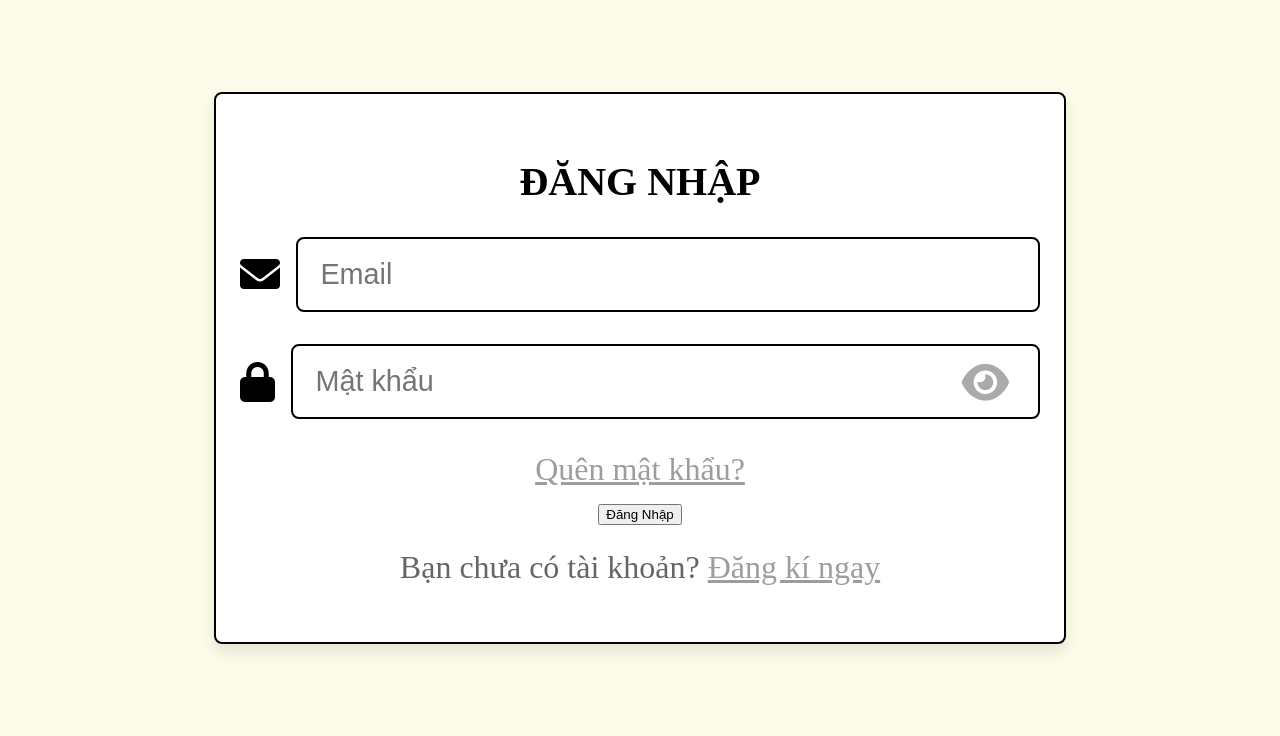
Repository: Dien973/expense_manager
Page: http://localhost/expense_manager/account/login.php
The author's editor kept a copy of each file at every save. The page is drawn from the files as they stood at one save, then again after the next save.
The browser window is 1280 px wide. The pictures show the whole page.
The page is run by PHP 8.4 with error messages shown; the project is at /var/www/html/.

Above is the page before, as saved 2025-12-05 17:45:55.

After the next save:
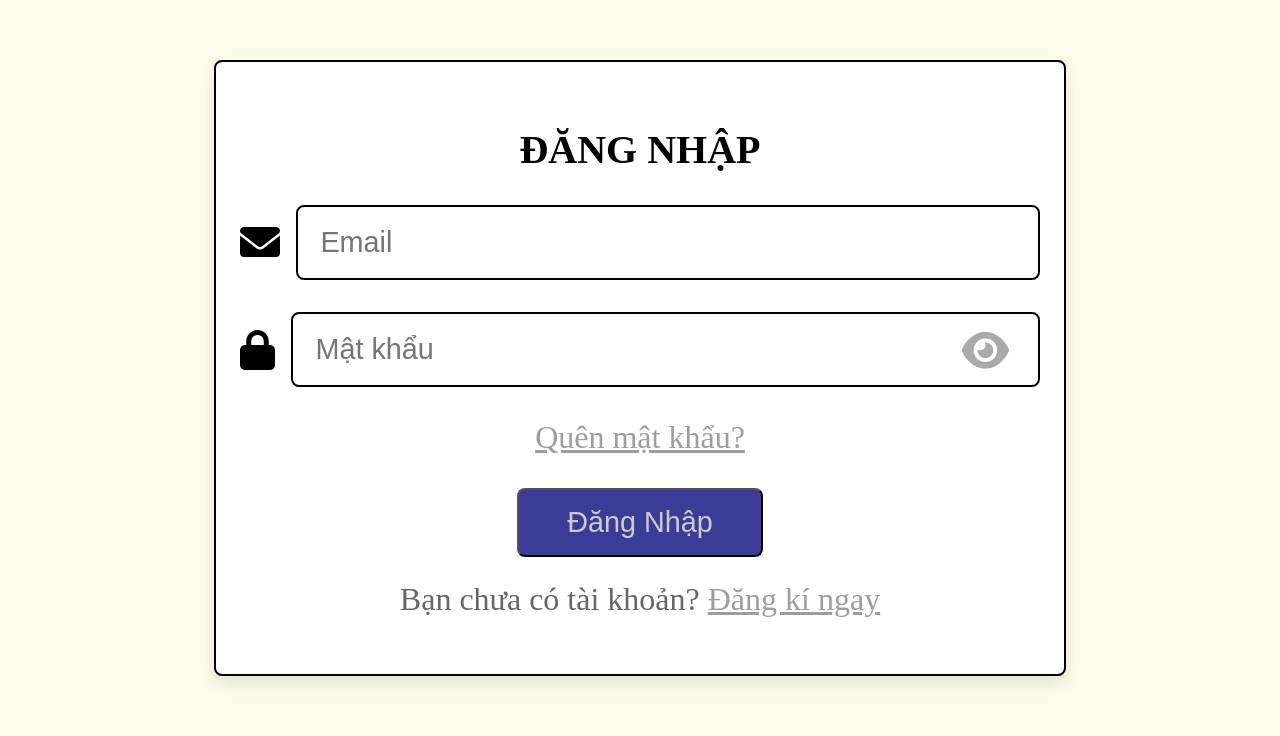
Saved 89 s later.
--- a/css/main.css
+++ b/css/main.css
@@ -66,6 +66,22 @@ body {
   margin-top: 1rem;
   margin-bottom: 1rem;
   font-size: 2rem;
+}
+
+/*--- BUTTON ---*/
+.btn {
+  display: inline-block;
+  border-radius: 0.5rem;
+  margin-top: 1rem;
+  font-size: 1.8rem;
+  color: #ccc;
+  cursor: pointer;
+  padding: 1rem 3rem;
+  text-transform: capitalize;
+}
+
+.btn {
+  background-color: #3b3b98;
 }
 
 /* --- EYE TRONG Ô INPUT --- */
